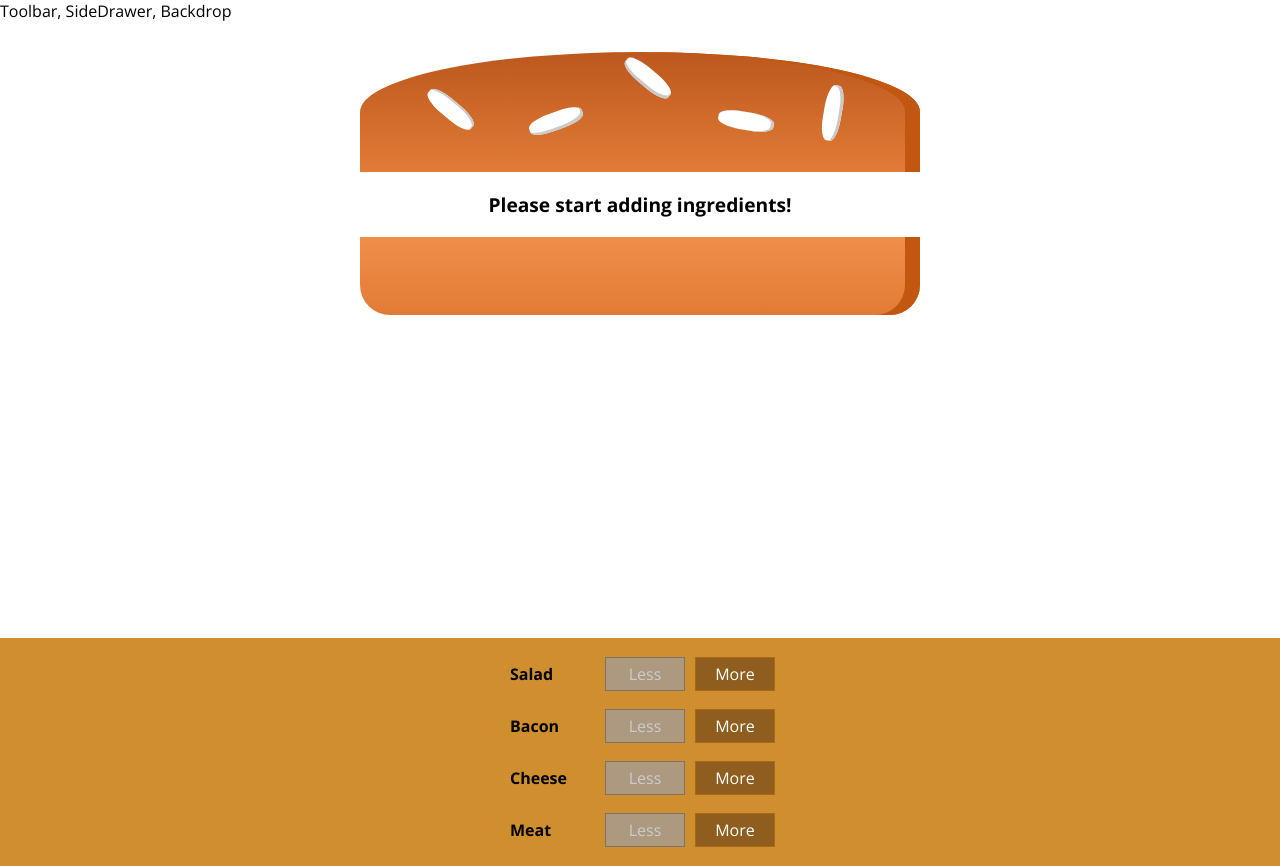
Repository: AbdulMutaal/Burger-Builder
Page: /
The author's editor kept a copy of each file at every save. The page is drawn from the files as they stood at one save, then again after the next save.
The browser window is 1280 px wide. The pictures show the whole page.
The project was rebuilt for these pictures with package versions that can differ from the ones it lists, and the page was loaded fresh each time.

Above is the page before, as saved 2021-12-07 16:59:01.

After the next save:
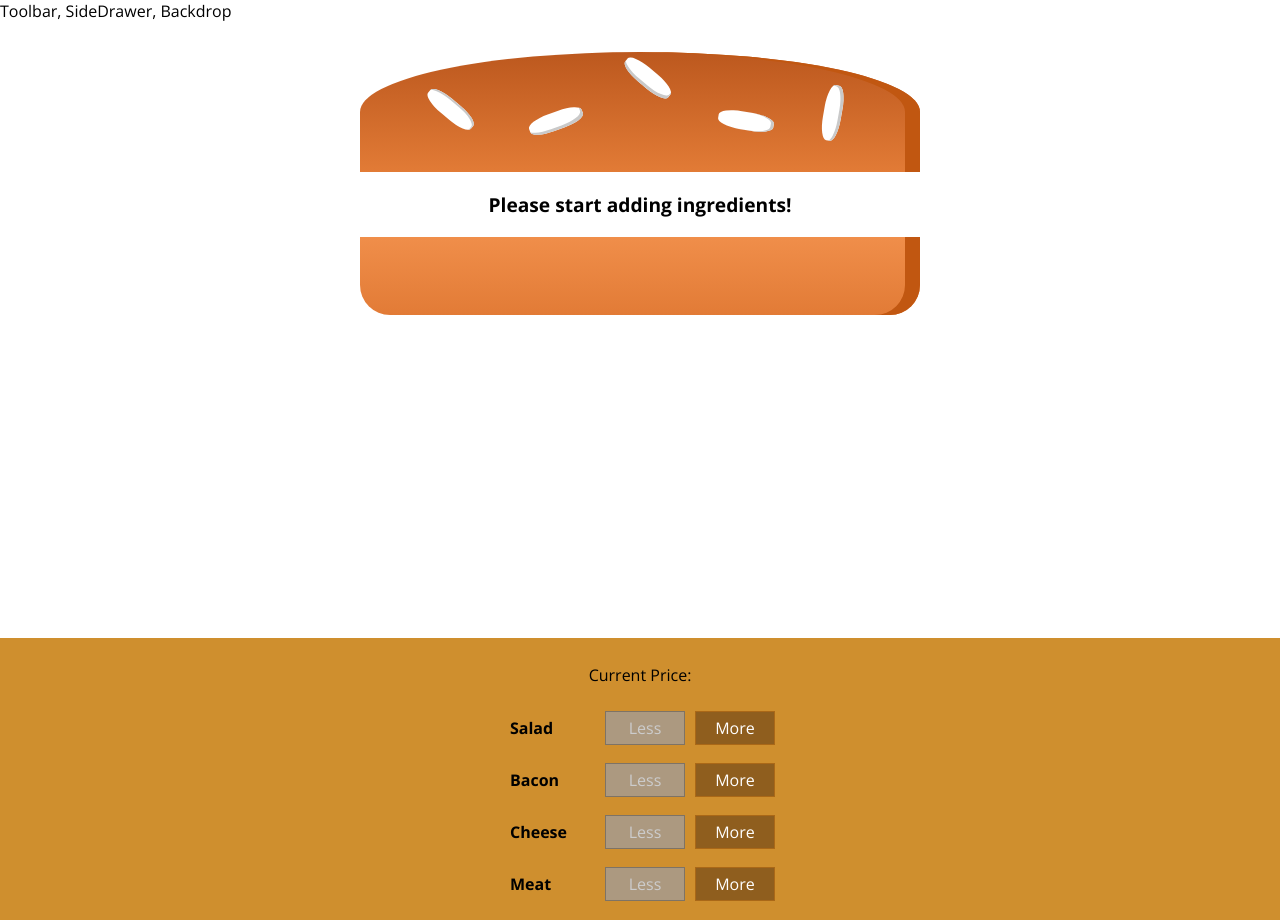
Saved 6 min 31 s later.
--- a/src/components/Burger/BuildControls/BuildControls.js
+++ b/src/components/Burger/BuildControls/BuildControls.js
@@ -12,6 +12,7 @@ const controls = [
 
 const buildControls = (props) => (
     <div className={classes.BuildControls}>
+        <p>Current Price: {props.price}</p>
         {controls.map(ctrl => (
             <BuildControl
                 key={ctrl.label}
